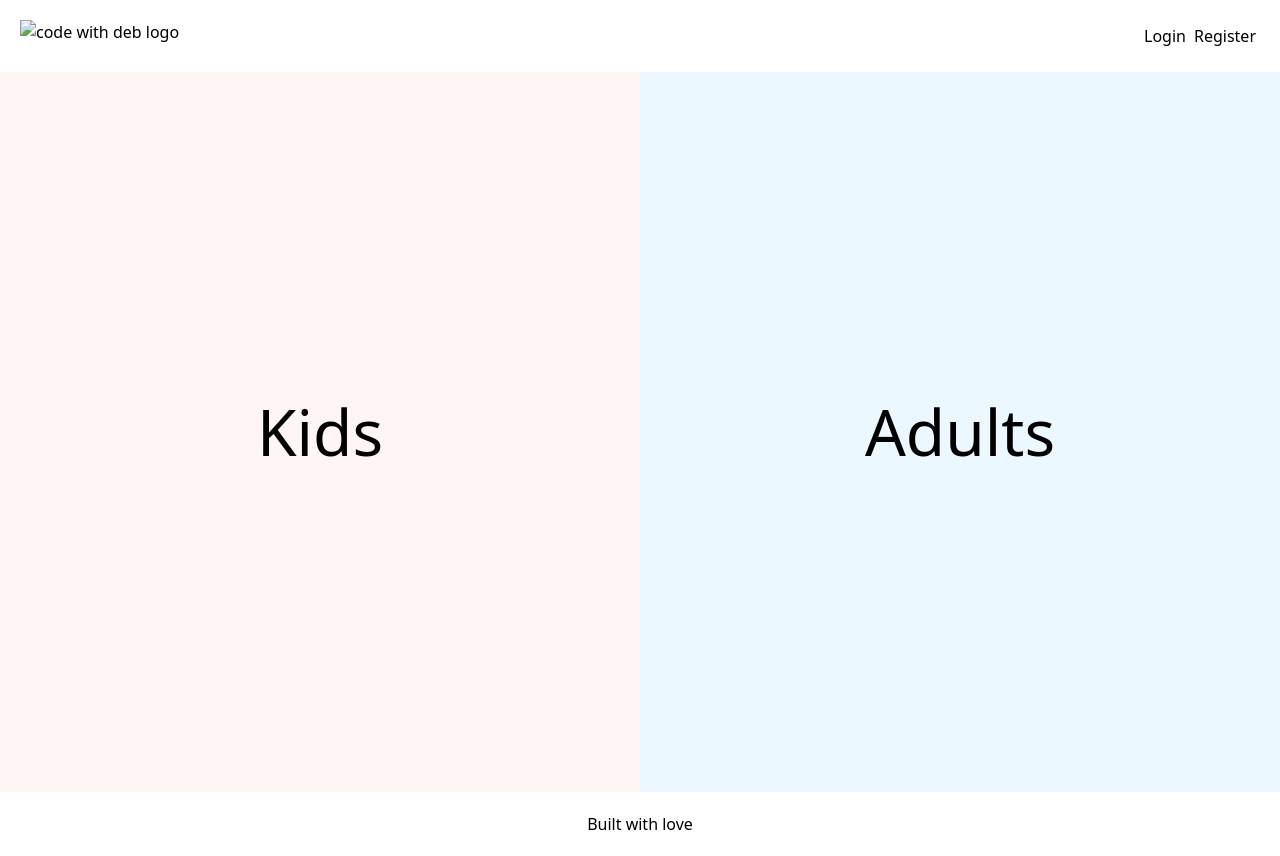
Repository: latenightsnacc/codewithdeb
Page: index.html
An editor plug-in stored every save of this project. The page is shown before and after the next save, followed by the edit.
The browser window is 1280 px wide. The pictures show the whole page.

Above is the page before, as saved 2020-11-25 13:56:16.

After the next save:
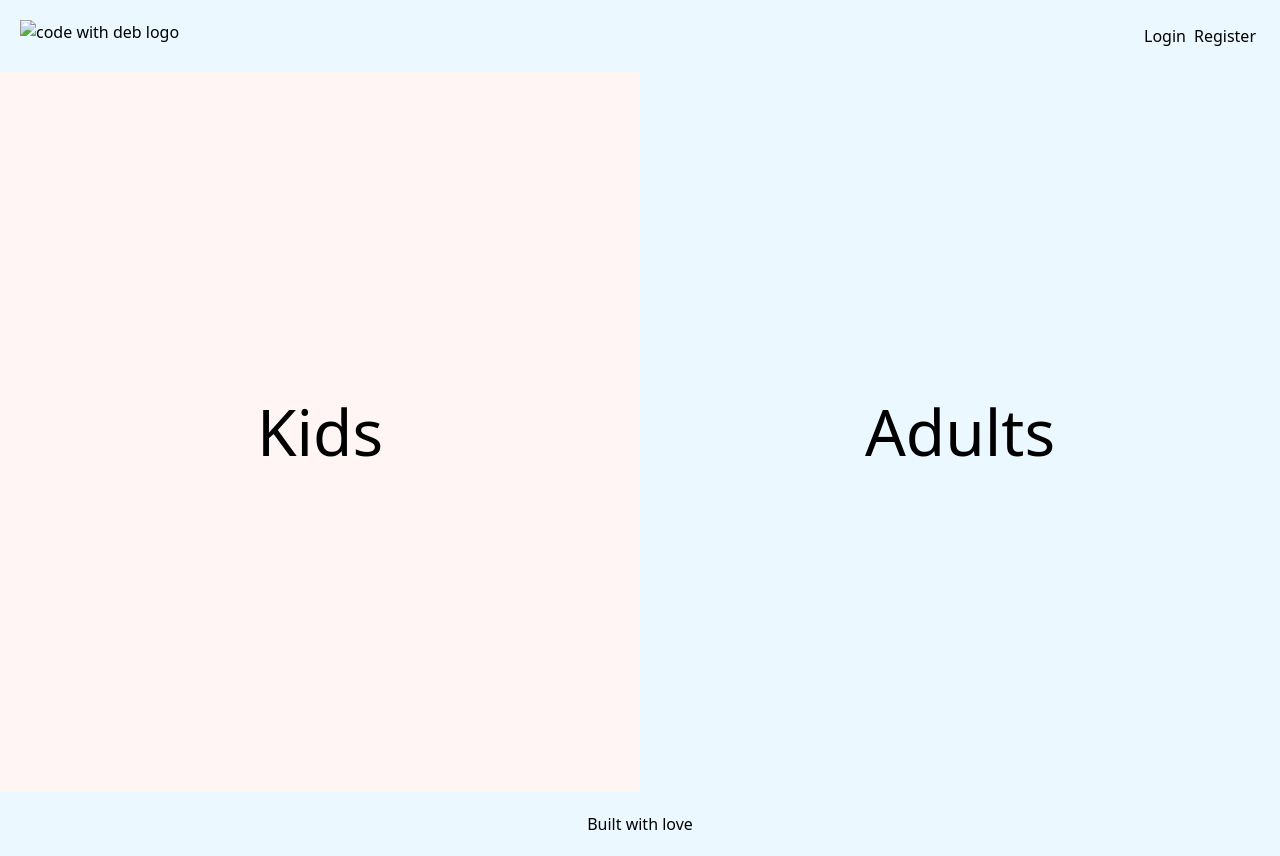
Saved 16 s later.
--- a/index.html
+++ b/index.html
@@ -10,7 +10,7 @@
     <link rel="stylesheet" href="https://cdnjs.cloudflare.com/ajax/libs/tailwindcss/1.9.6/utilities.min.css" integrity="sha512-0QJfuLKyYJWGB5hKArJW67xqMLDlR8YaLM/ZuW2mRn4NRwHNsGm7UuREc5Fu7jONHyewPKnGODY0N8G+FQbfxg==" crossorigin="anonymous" />
     <title>Welcome to Code with Deb</title>
 </head>
-<body class="overflow-x-hidden bg-blue-50">
+<body class="overflow-x-hidden bg-blue-100">
     <!--Header-->
     <nav class="container">
         <div class="nav  w-full flex flex-row justify-between p-5">

After the save that followed:
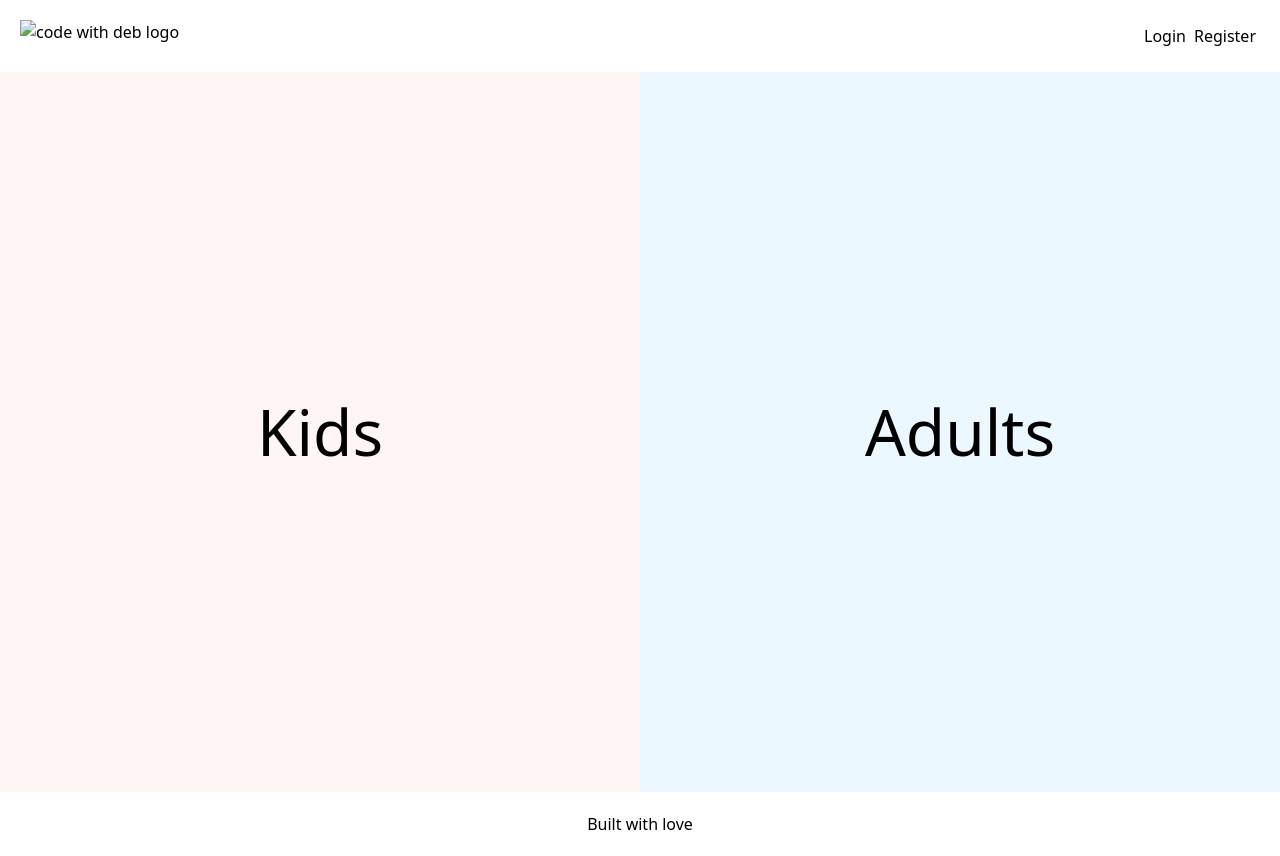
Saved 4 min 14 s later.
--- a/index.html
+++ b/index.html
@@ -10,7 +10,7 @@
     <link rel="stylesheet" href="https://cdnjs.cloudflare.com/ajax/libs/tailwindcss/1.9.6/utilities.min.css" integrity="sha512-0QJfuLKyYJWGB5hKArJW67xqMLDlR8YaLM/ZuW2mRn4NRwHNsGm7UuREc5Fu7jONHyewPKnGODY0N8G+FQbfxg==" crossorigin="anonymous" />
     <title>Welcome to Code with Deb</title>
 </head>
-<body class="overflow-x-hidden bg-blue-100">
+<body class="overflow-x-hidden">
     <!--Header-->
     <nav class="container">
         <div class="nav  w-full flex flex-row justify-between p-5">
